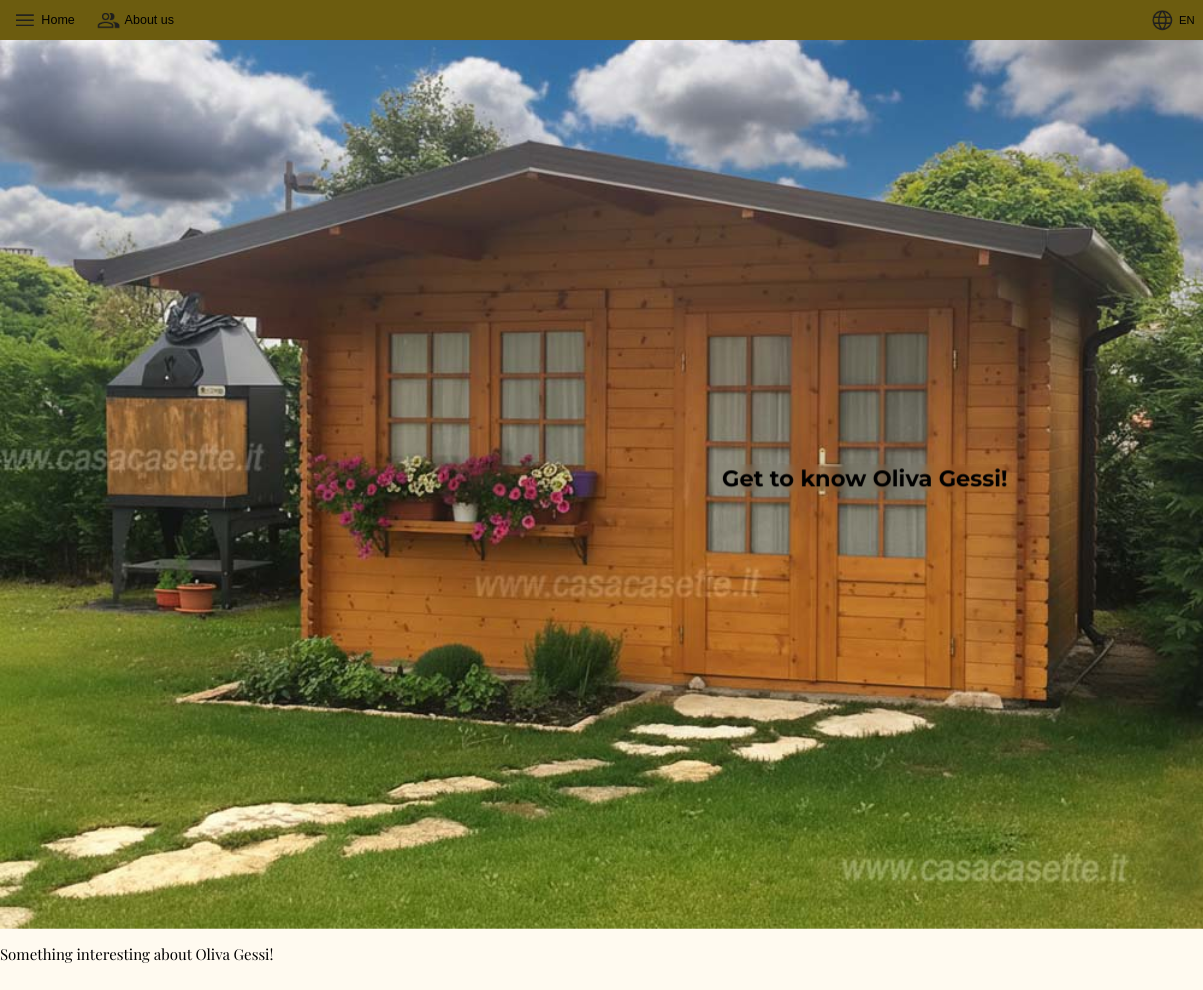
Repository: Seaside-Jokers/Oliva-gessi
Page: index.html
An editor plug-in stored every save of this project. The page is shown before and after the next save, followed by the edit.
The browser window is 1280 px wide. The pictures show the whole page, at 94% of full size.
Some web fonts or font styles are not loaded; a fallback is used.

Above is the page before, as saved 2026-02-17 15:16:31.

After the next save:
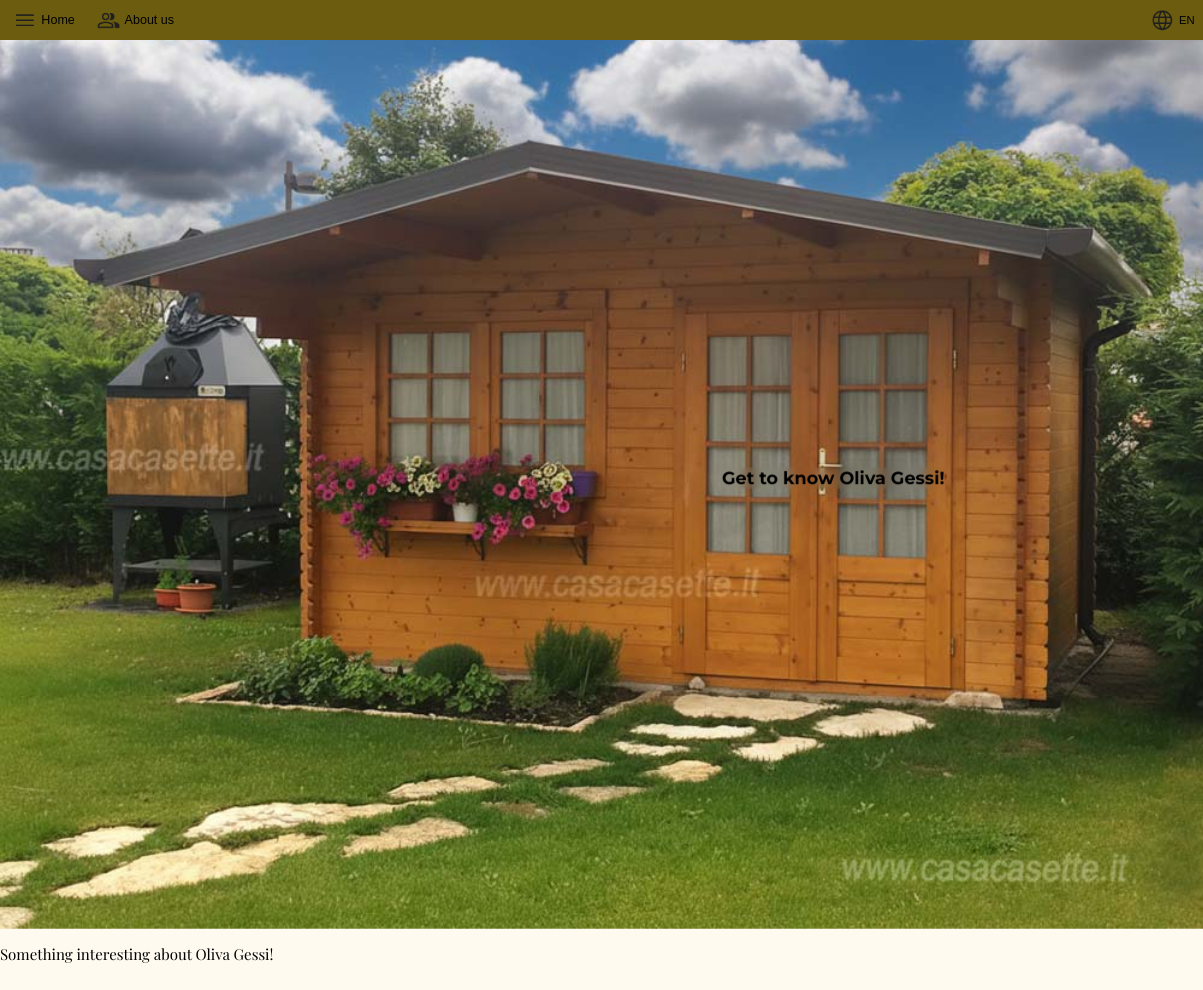
Saved 22 s later.
--- a/index.html
+++ b/index.html
@@ -60,7 +60,7 @@
     <div class="container spaced">
         <!-- Foto dettagliata (prova) -->
         <img src="assets/prova_dettagliata.jpg" data-key="titolo_img" alt="Logo Oliva Gessi" class="immagine">
-        <h2 data-key="titolo" id="titolotxt" class="blurry">Vieni a conoscere Oliva Gessi!</h2>
+        <h3 data-key="titolo" id="titolotxt" class="blurry">Vieni a conoscere Oliva Gessi!</h3>
     </div>
     <p data-key="testo_introduzione" class="text"></p>
     <div class="container spaced">

After the save that followed:
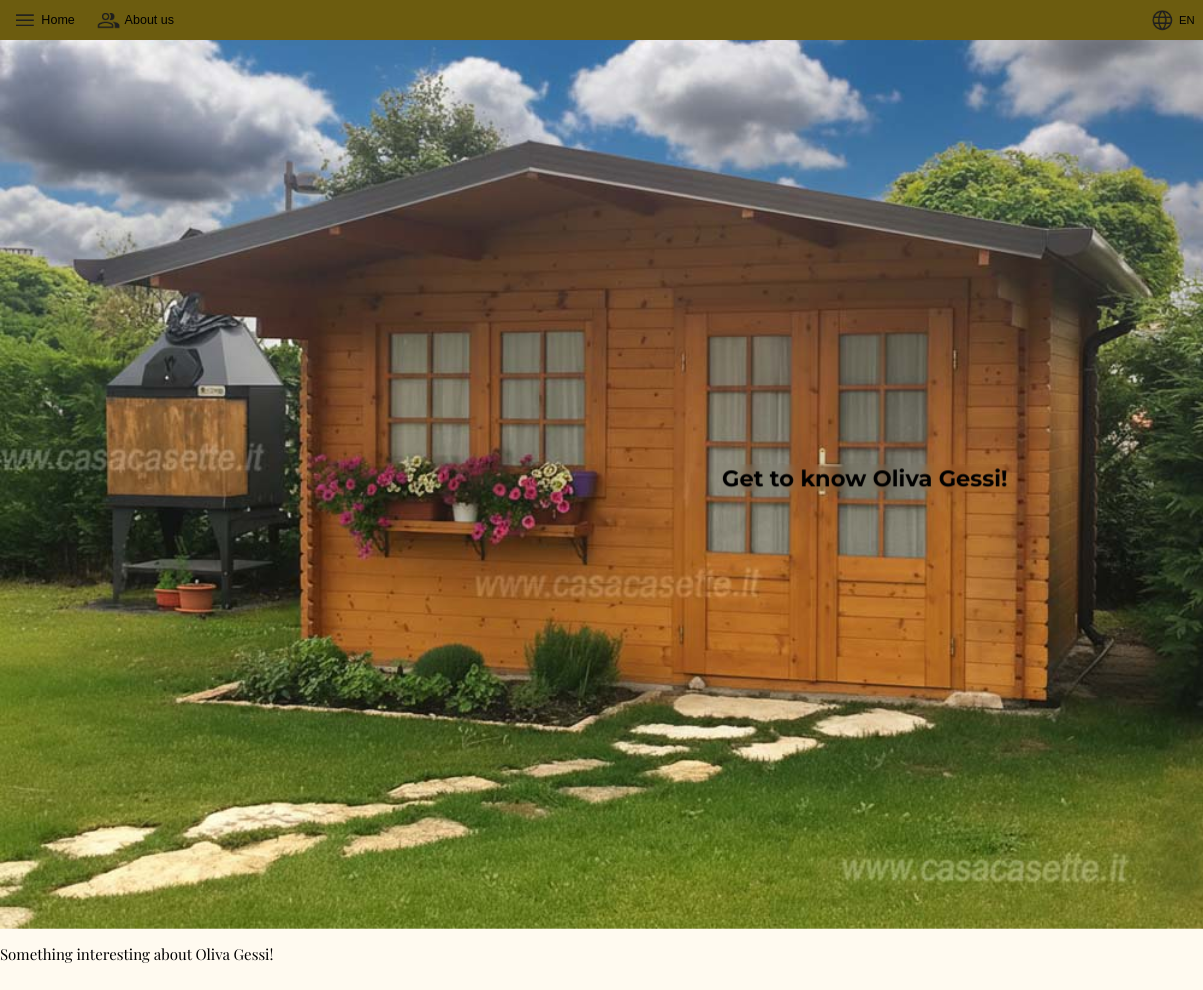
Saved 4 s later.
--- a/index.html
+++ b/index.html
@@ -60,7 +60,7 @@
     <div class="container spaced">
         <!-- Foto dettagliata (prova) -->
         <img src="assets/prova_dettagliata.jpg" data-key="titolo_img" alt="Logo Oliva Gessi" class="immagine">
-        <h3 data-key="titolo" id="titolotxt" class="blurry">Vieni a conoscere Oliva Gessi!</h3>
+        <h2 data-key="titolo" id="titolotxt" class="blurry">Vieni a conoscere Oliva Gessi!</h2>
     </div>
     <p data-key="testo_introduzione" class="text"></p>
     <div class="container spaced">
